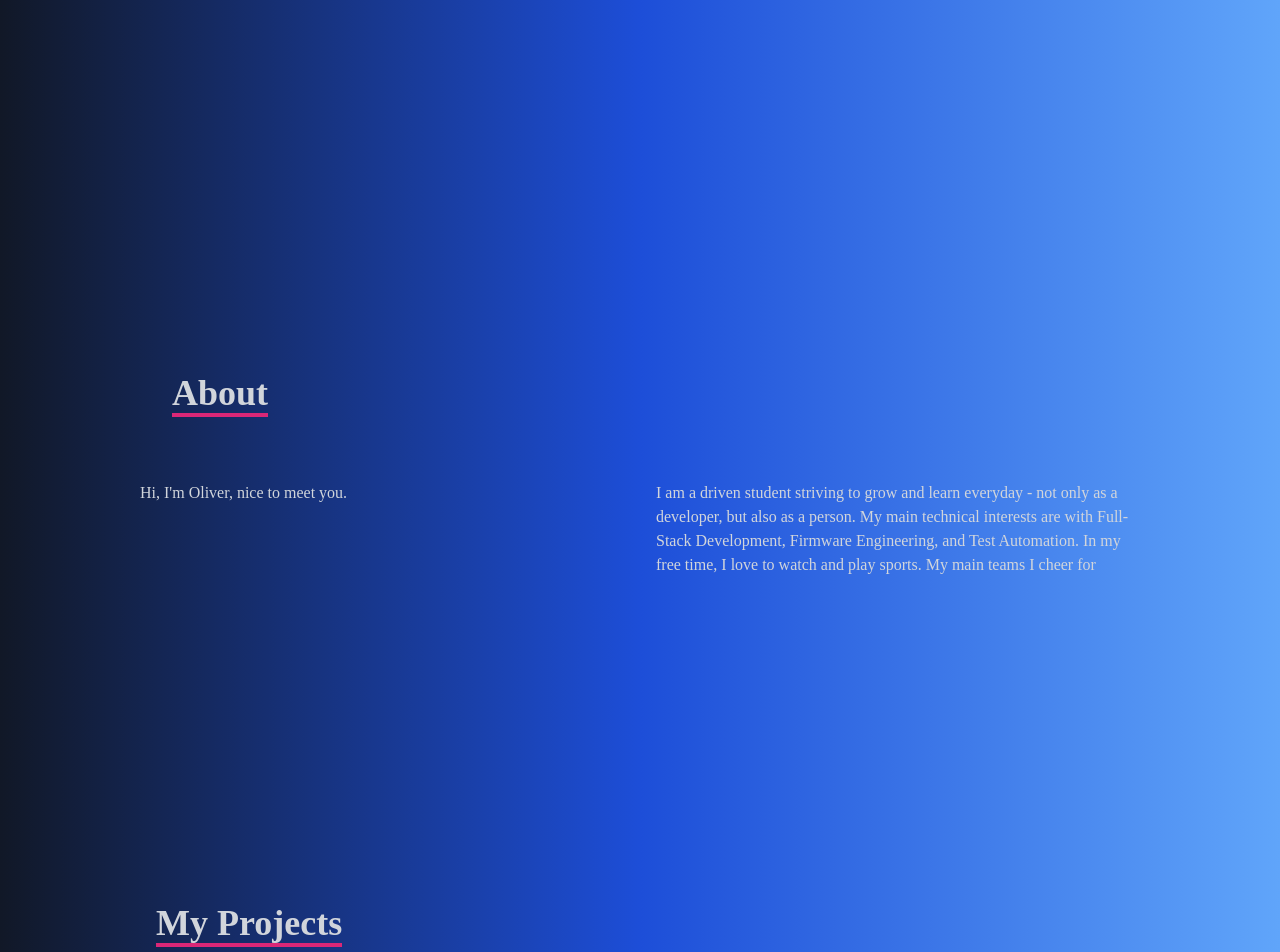
Repository: olichengus/Project-Portfolio
Page: /
An editor plug-in stored every save of this project. The page is shown before and after the next save, followed by the edit.
The browser window is 1280 px wide. The pictures show the part of the page from y = 605 to 1557 px (the page is 2160 px tall).
The project was rebuilt for these pictures with package versions that can differ from the ones it lists, and the page was loaded fresh each time.

Above is the page before, as saved 2024-02-10 00:34:02.

After the next save:
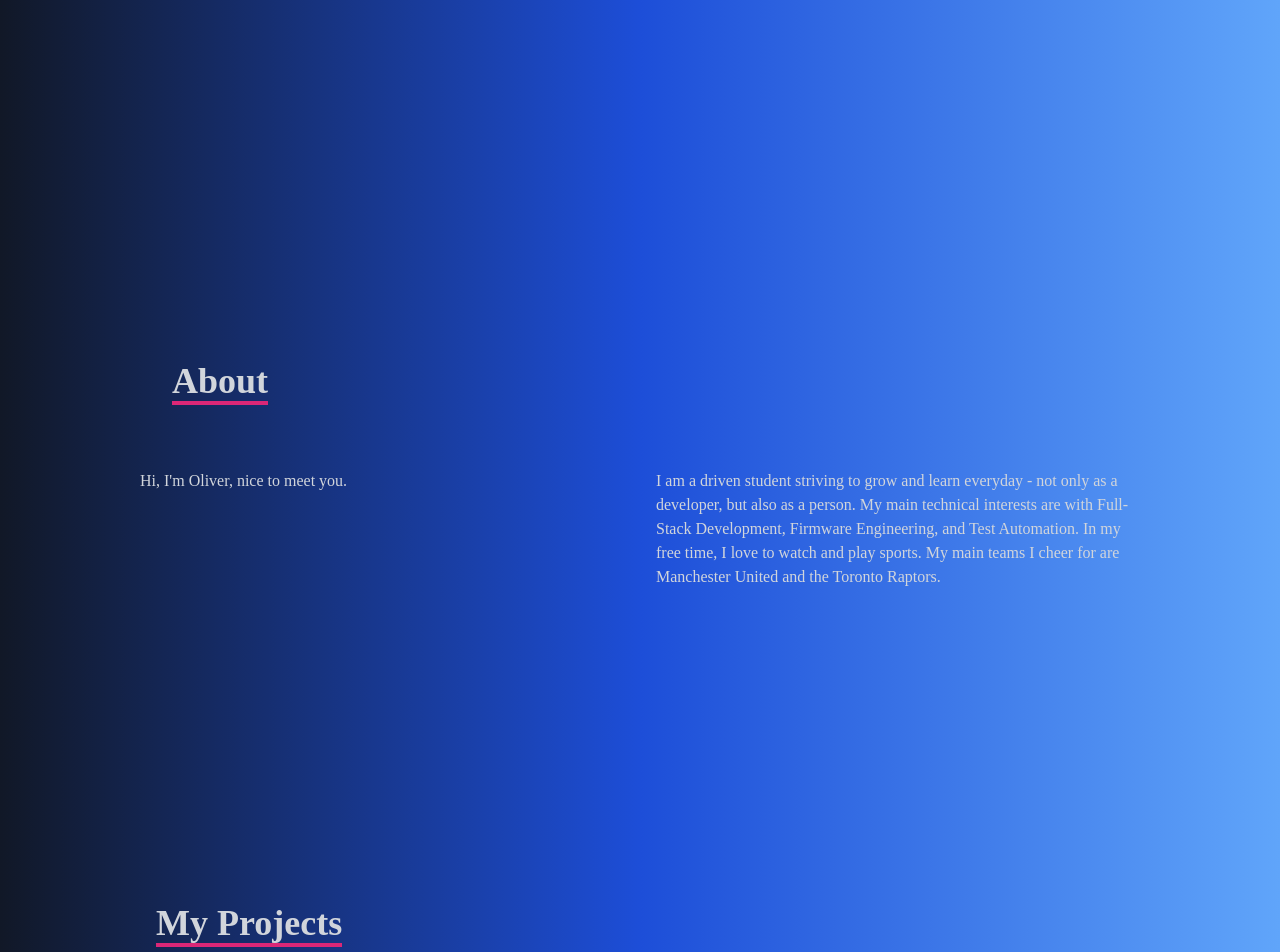
Saved 11 s later.
--- a/src/components/About.jsx
+++ b/src/components/About.jsx
@@ -15,7 +15,7 @@ const About = () => {
                         <p>Hi, I'm Oliver, nice to meet you.</p>
                     </div>
                     <div>
-                        I am a driven student striving to grow and learn everyday - not only as a developer, but also as a person. My main technical interests are with Full-Stack Development, Firmware Engineering, and Test Automation. In my free time, I love to watch and play sports. My main teams I cheer for
+                        I am a driven student striving to grow and learn everyday - not only as a developer, but also as a person. My main technical interests are with Full-Stack Development, Firmware Engineering, and Test Automation. In my free time, I love to watch and play sports. My main teams I cheer for are Manchester United and the Toronto Raptors.
                     </div>
                 </div>
             </div>
